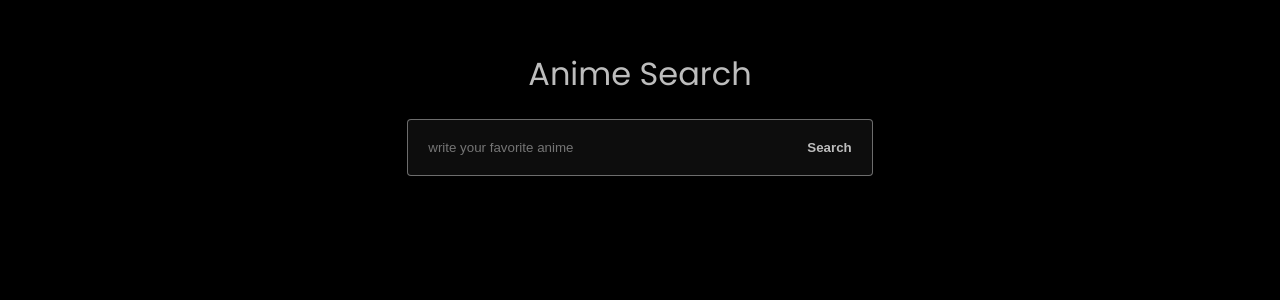
Repository: lilo750/search-anime
Page: /
An editor plug-in stored every save of this project. The page is shown before and after the next save, followed by the edit.
The browser window is 1280 px wide. The pictures show the whole page.
The project was rebuilt for these pictures with package versions that can differ from the ones it lists, and the page was loaded fresh each time. Also part of the build but not shown: vite.config.ts.

Above is the page before, as saved 2024-02-24 08:59:44.

### index.html
<!DOCTYPE html>
<html lang="en">
    <head>
        <meta charset="UTF-8" />
        <link rel="icon" type="image/svg+xml" href="/vite.svg" />
        <meta name="viewport" content="width=device-width, initial-scale=1.0" />
        <title>Anime Search</title>
    </head>
    <body>
        <div id="root"></div>
        <script type="module" src="/src/main.tsx"></script>
    </body>
</html>

### src/App.tsx
import { useState } from 'react';

function App() {
    // api link: https://api.jikan.moe/v4/anime?q=naruto

    /*
      program logic :
      1 - take the input and save it in a state // done
      2 - when clicking on the button (onClick)
          call the api (spared function)
          show the imgs
     */

    const [input, setInput] = useState<string>('');
    const [data, setData] = useState();
    console.log(input);

    const saveInputHandler = (event: React.ChangeEvent<HTMLInputElement>) => {
        setInput(event.target.value);
    };

    const getAnime = async () => {
        try {
            const response = await fetch(
                `https://api.jikan.moe/v4/anime?q=${input}`
            );
            const animeData = await response.json();
            setData(animeData); // set the data to my state
            console.log(data);
        } catch (err) {
            console.log('error while fetching the data');
        }
    };

    return (
        <>
            <h1>Anime Search</h1>
            <div className="container">
                <input
                    type="text"
                    onChange={saveInputHandler}
                    placeholder="write your favorite anime"
                />
                <button onClick={getAnime}>Search</button>
            </div>
        </>
    );
}

export default App;

### src/index.css
@import url('https://fonts.googleapis.com/css2?family=Poppins:wght@400;500;700&display=swap');

:root {
    font-synthesis: none;
    text-rendering: optimizeLegibility;
    -webkit-font-smoothing: antialiased;
    -moz-osx-font-smoothing: grayscale;
}

body {
    font-family: 'Poppins', sans-serif;
    background: #000;
    color: #bdbdbd;
}
h1 {
    margin-top: 50px;
    text-align: center;
    font-weight: 100;
}

.container {
    display: flex;
    justify-content: center;
    align-content: center;
    margin-bottom: 50px;
    flex-wrap: wrap;
}

input {
    min-width: 380px;
    color: #fff;
    background: rgba(255, 255, 255, 0.05);
    border-top-left-radius: 4px;
    border-bottom-left-radius: 4px;
    border-left: 1px solid rgba(255, 255, 255, 0.4);
    border-top: 1px solid rgba(255, 255, 255, 0.4);
    border-bottom: 1px solid rgba(255, 255, 255, 0.4);
    border-right: transparent;
    padding: 20px;
    box-sizing: border-box;
    outline: 0;
}

button {
    background: rgba(255, 255, 255, 0.05);
    padding: 0 20px;
    font-weight: 700;
    border-top-right-radius: 4px;
    border-bottom-right-radius: 4px;
    border-right: 1px solid rgba(255, 255, 255, 0.4);
    border-top: 1px solid rgba(255, 255, 255, 0.4);
    border-bottom: 1px solid rgba(255, 255, 255, 0.4);
    border-left: transparent;
    box-sizing: border-box;
    color: #bdbdbd;
    cursor: pointer;
}

button:active {
    color: #fff;
    background: rgba(255 255 255 / 19%);
}

img {
    margin: 4px;
    border-radius: 10px;
    object-fit: cover;
}

Loaded but not shown: src/main.tsx (common file)

After the next save:
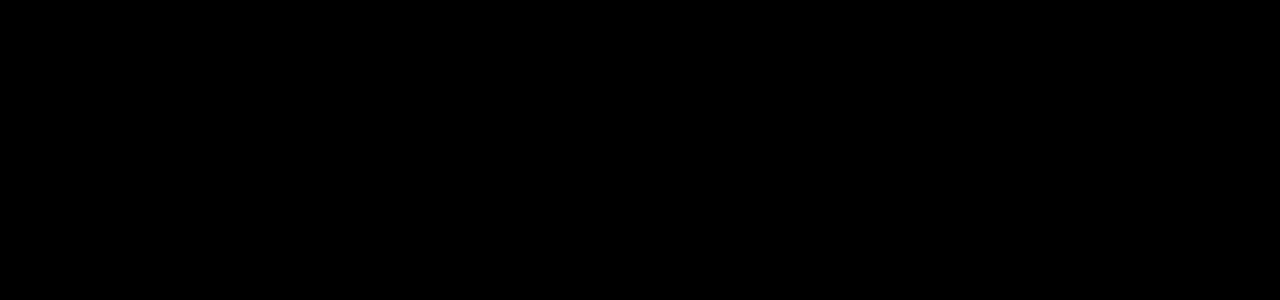
Console error: ReferenceError: useEffect is not defined
Saved 3 min 25 s later.
--- a/src/App.tsx
+++ b/src/App.tsx
@@ -26,11 +26,15 @@
             );
             const animeData = await response.json();
             setData(animeData); // set the data to my state
-            console.log(data);
         } catch (err) {
             console.log('error while fetching the data');
         }
     };
+
+    useEffect(() => {
+        // This effect will run whenever `data` changes
+        console.log(data);
+    }, [data]); // Run the effect only when `data` changes
 
     return (
         <>

After the save that followed:
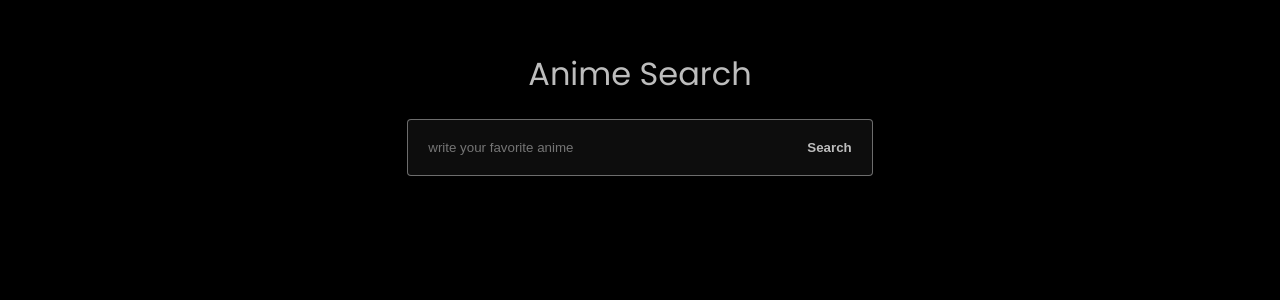
The error is gone.
Saved 6 s later.
--- a/src/App.tsx
+++ b/src/App.tsx
@@ -1,4 +1,4 @@
-import { useState } from 'react';
+import { useEffect, useState } from 'react';
 
 function App() {
     // api link: https://api.jikan.moe/v4/anime?q=naruto
